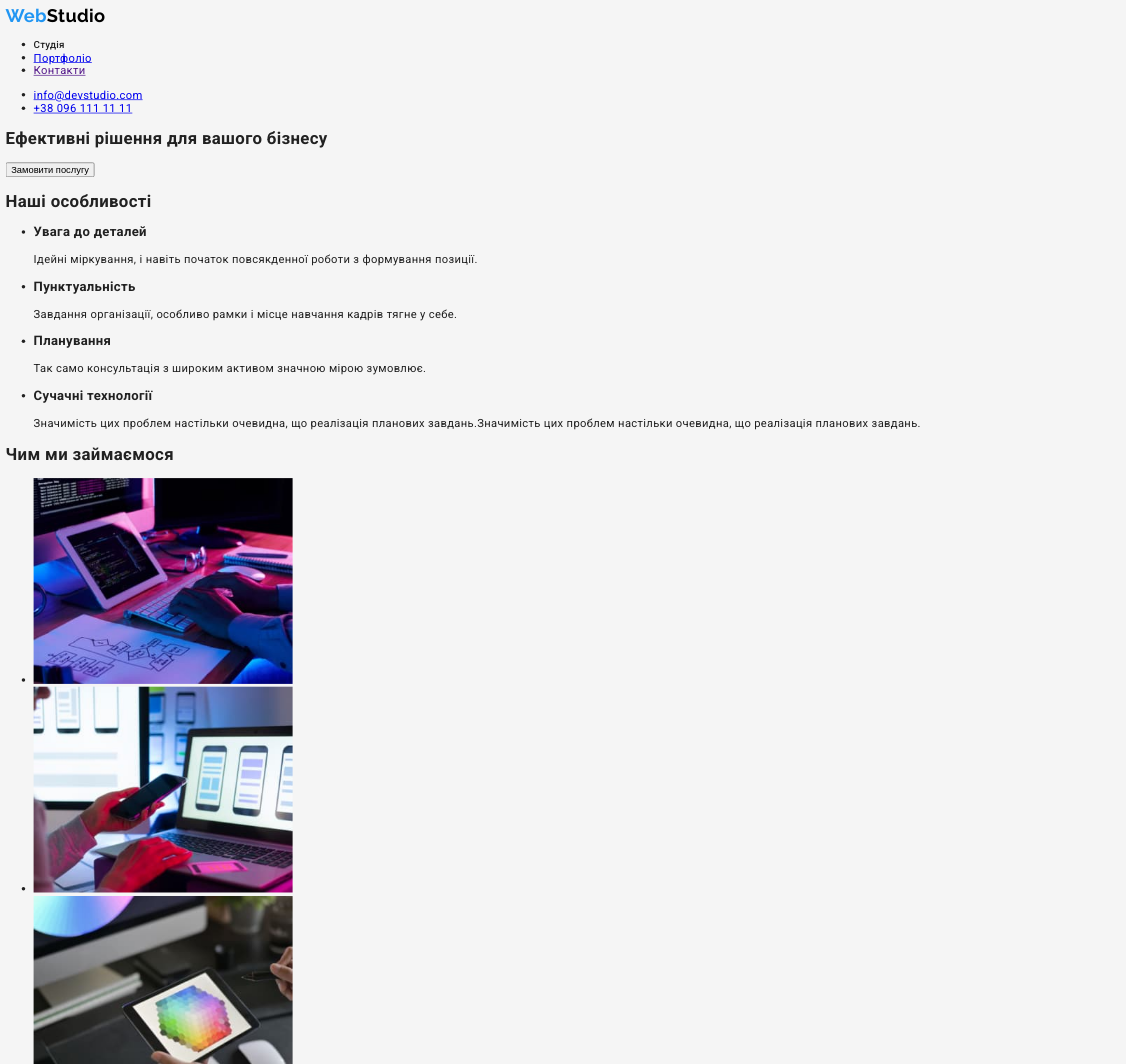
Repository: Mariia2811/goit-markup-hw-03
Page: index.html
These files come from the project's save history. The page is drawn as it stood at one moment and after a run of saves; the edit follows.
The browser window is 1280 px wide. The page is 1608 px wide, so the pictures cover 1608 px, including what lies to the right of the window. The pictures show the part of the page from y = 0 to 1520 px (the page is 3201 px tall before and 3166 px after), at 70% of full size.

Above is the page before, as saved 2022-11-25 15:38:57.

### index.html
<!DOCTYPE html>
<html lang="uk">
  <head>
    <meta charset="UTF-8" />
    <meta http-equiv="X-UA-Compatible" content="IE=edge" />
    <meta name="viewport" content="width=device-width, initial-scale=1.0" />
    <title>Головна</title>
    <link rel="preconnect" href="https://fonts.googleapis.com">
    <link rel="preconnect" href="https://fonts.gstatic.com" crossorigin>
    <link
      href="https://fonts.googleapis.com/css2?family=Raleway:wght@700&family=Roboto:wght@400;500;700;900&display=swap"
      rel="stylesheet">
    <link rel="stylesheet" href="./css/styles.css">
  </head>
  <body>
    <header>
      <nav>
        <a href="./index.html" class="logo link-logo"><span class="logo-accent">Web</span>Studio</a>
        <ul>
          <li><a href="./index.html" class="link nav">Студія</a></li>
          <li><a href="./portfolio.html">Портфоліо</a></li>
          <li><a href="">Контакти</a></li>
        </ul>
      </nav>
      <ul>
        <li><a href="mailto:info@devstudio.com">info@devstudio.com</a></li>
        <li><a href="tel:+380961111111">+38 096 111 11 11</a></li>
      </ul>
    </header>
    <main>
      <section>
        <h1>Ефективні рішення для вашого бізнесу</h1>
        <button type="button">Замовити послугу</button>
      </section>
      <section>
        <h2>Наші особливості</h2>
        <ul>
          <li>
            <h3>Увага до деталей</h3>
            <p>
              Ідейні міркування, і навіть початок повсякденної роботи з
              формування позиції.
            </p>
          </li>
          <li>
            <h3>Пунктуальність</h3>
            <p>
              Завдання організації, особливо рамки і місце навчання кадрів тягне
              у себе.
            </p>
          </li>
          <li>
            <h3>Планування</h3>
            <p>
              Так само консультація з широким активом значною мірою зумовлює.
            </p>
          </li>
          <li>
            <h3>Сучачні технології</h3>
            <p>
              Значимість цих проблем настільки очевидна, що реалізація планових
              завдань.Значимість цих проблем настільки очевидна, що реалізація
              планових завдань.
            </p>
          </li>
        </ul>
      </section>
      <section>
        <h2>Чим ми займаємося</h2>
        <ul>
          <li>
            <img
              src="./images/coding.jpg"
              alt="Процес набирання коду"
              width="370"
              />
          </li>
          <li>
            <img
              src="./images/optimization.jpg"
              alt="Дівчина тримає телефон в руках і працює за ноутбуком"
              width="370"
              />
          </li>
          <li>
            <img
              src=".//images/tablet.jpg"
              alt="На екрані планшету, який тримають в руці, зображений спектр
              кольорів"
              width="370"
              />
          </li>
        </ul>
      </section>
      <section>
        <h2>Наша команда</h2>
        <ul>
          <li>
            <img
              src="./images/designer.jpg"
              alt="Усміхнений хлопець в окулярах"
              width="270"
              />
            <h3>Ігор Дем'яненко</h3>
            <p>Product Designer</p>
          </li>
          <li>
            <img
              src="./images/developer.jpg"
              alt="Усміхнена дівчина в окулярах"
              width="270"
              />
            <h3>Ольга Рєпіна</h3>
            <p>Frontend Developer</p>
          </li>
          <li>
            <img
              src="./images/marketing.jpg"
              alt="Усміхнений хлопець"
              width="270"
              />
            <h3>Микола Тарасов</h3>
            <p>Marketing</p>
          </li>
          <li>
            <img
              src="./images/uidesigner.jpg"
              alt="Усміхнений хлопець з бородою в окулярах"
              width="270"
              />
            <h3>Михайло Єрмаков</h3>
            <p>UI Designer</p>
          </li>
        </ul>
      </section>
    </main>
    <footer>
      <a href="./index.html" class="logo-footer link-logo"><span
          class="logo-accent">Web</span>Studio</a>
      <address>
        <ul>
          <li>
            <a
              href="https://www.google.com.ua/maps/place/%D0%B1%D1%83%D0%BB.+%D0%9B%D0%B5%D1%81%D0%B8+%D0%A3%D0%BA%D1%80%D0%B0%D0%B8%D0%BD%D0%BA%D0%B8,+26,+%D0%9A%D0%B8%D0%B5%D0%B2,+02000/@50.4265807,30.5361918,17z/data=!3m1!4b1!4m5!3m4!1s0x40d4cf0e033ecbe9:0x57a4dffefec77da0!8m2!3d50.4265807!4d30.5383858?hl=ru"
              target="_blank"
              rel="noopener noreferrer nofollow">м. Київ, пр-т Лесі Українки, 26</a>
          </li>
          <li><a href="mailto:info@devstudio.com">info@devstudio.com</a></li>
          <li><a href="tel:+380961111111">+38 096 111 11 11</a></li>
        </ul>
      </address>
    </footer>
  </body>
</html>

### css/styles.css
:root {
    --color-primary: #212121;
    --color-secondary: #757575;
    --color-accent: #2196F3;
    --color-background: #F5F5F5;
    --white-accent: #FFFFFF;
    --secondary-background: #2F303A;
}

body {
    color: var(--color-primary);
    font-family: 'Roboto', sans-serif;
    font-size: 16px;
    font-weight: 600px;
    background-color: var(--color-background);
    line-height: 1.17;
    letter-spacing: 0.03em;
    width: 1600px;
}

.logo,
.logo-accent,
.logo-footer {
    font-family: 'Raleway', sans-serif;
    font-size: 26px;
    font-weight: 700;
    line-height: 1.19;
}

.logo {
    color: #000;
}

.logo-accent {
    color: var(--color-accent);
}

.logo-footer {
    color: var(--white-accent);
}

.link {
    text-decoration: none;
    font-style: normal;
}

.link-logo {
    text-decoration: none;
}

.nav,
.contact {
    font-size: 14px;
    font-weight: 500;
    line-height: 1.14;
    letter-spacing: 0.02em;
}

.nav {
    color: var(--color-primary);
}

.contact {
    color: var(--color-secondary);
}

.link:hover,
.link:focus {
    color: var(--color-accent);
}

.hero {
    background-color: var(--secondary-background);
    width: 1600px;
    height: 600px;
}

.hero-title {
    color: var(--white-accent);
    font-size: 44px;
    line-height: 1.36;
    width: 696px;
    height: 120px;
    text-align: center;
    font-weight: 900;
    text-transform: uppercase;
    letter-spacing: 0.06em;
}

.hero-button {
    background-color: var(--color-accent);
    font-size: inherit;
    font-family: inherit;
    font-weight: 700;
    line-height: 1.88;
    letter-spacing: 0.06em;
    width: 216px;
    height: 50px;
    color: var(--white-accent);
    box-shadow: 0px 4px 4px rgba(0, 0, 0, 0.15);
    border-radius: 4px;
    border: none;
    cursor: pointer;
}

.filter {
    background-color: #f5f4fa;
    color: var(--color-primary);
    font-size: inherit;
    font-family: inherit;
    font-weight: 500;
    line-height: 1.62;
    letter-spacing: inherit;
    border-radius: 4px;
    border: none;
    cursor: pointer;
}

.filter:hover,
.filter:focus {
    background-color: var(--color-accent);
    color: var(--white-accent);
    box-shadow: 0px 3px 1px rgba(0, 0, 0, 0.1), 0px 1px 2px rgba(0, 0, 0, 0.08),
        0px 2px 2px rgba(0, 0, 0, 0.12);
}

.hero-button:hover,
.hero-button:focus {
    background-color: #188ce8;
}

.advantages,
.work {
    background-color: var(--color-background);
}

.advantages-title {
    font-size: 14px;
    font-weight: 700;
    text-transform: uppercase;
}

.list {
    list-style-type: none;
}

.description {
    color: var(--color-secondary);
    font-size: 14px;
    font-weight: 400;
    line-height: 1.71;
    width: 270px;
}

.title {
    font-size: 36px;
    font-weight: 700;
    text-align: center;
}

.team {
    background-color: #f5f4fa;
}

.team-title {
    font-weight: 500;
    font-size: 16px;
}

.text {
    color: var(--color-secondary);
    font-weight: 400;
}

.work-title~.text {
    line-height: 1.88;
}

.work-title {
    font-size: 18px;
    font-weight: 700;
    line-height: 2;
    letter-spacing: 0.06em;
}

.footer {
    background-color: var(--secondary-background);
    height: 252px;
}

.address,
.contact-footer {
    font-size: 14px;
    font-weight: 400;
}

.address {
    color: var(--white-accent);
}

.contact-footer {
    color: rgba(255, 255, 255, 0.6);
}

.footer .link {
    line-height: 1.71;
}

After the next 2 saves:
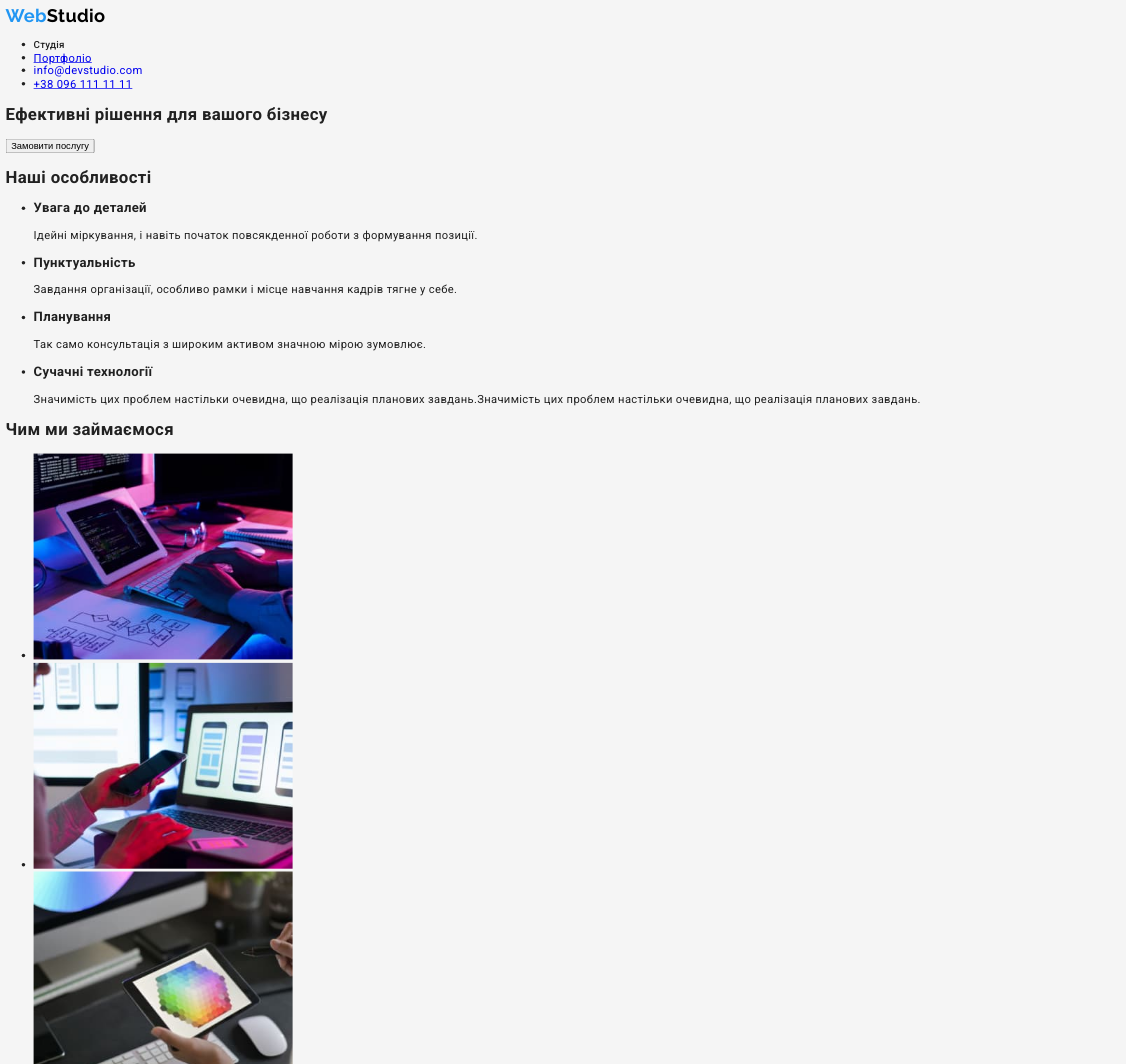
The 2 saves are shown as one change because they came seconds apart.
The last was saved 3 min 4 s later.
--- a/index.html
+++ b/index.html
@@ -19,7 +19,7 @@
         <ul>
           <li><a href="./index.html" class="link nav">Студія</a></li>
           <li><a href="./portfolio.html">Портфоліо</a></li>
-          <li><a href="">Контакти</a></li>
+          <li><a href="#" class="link nav>Контакти</a></li>
         </ul>
       </nav>
       <ul>

After the 4 saves that followed:
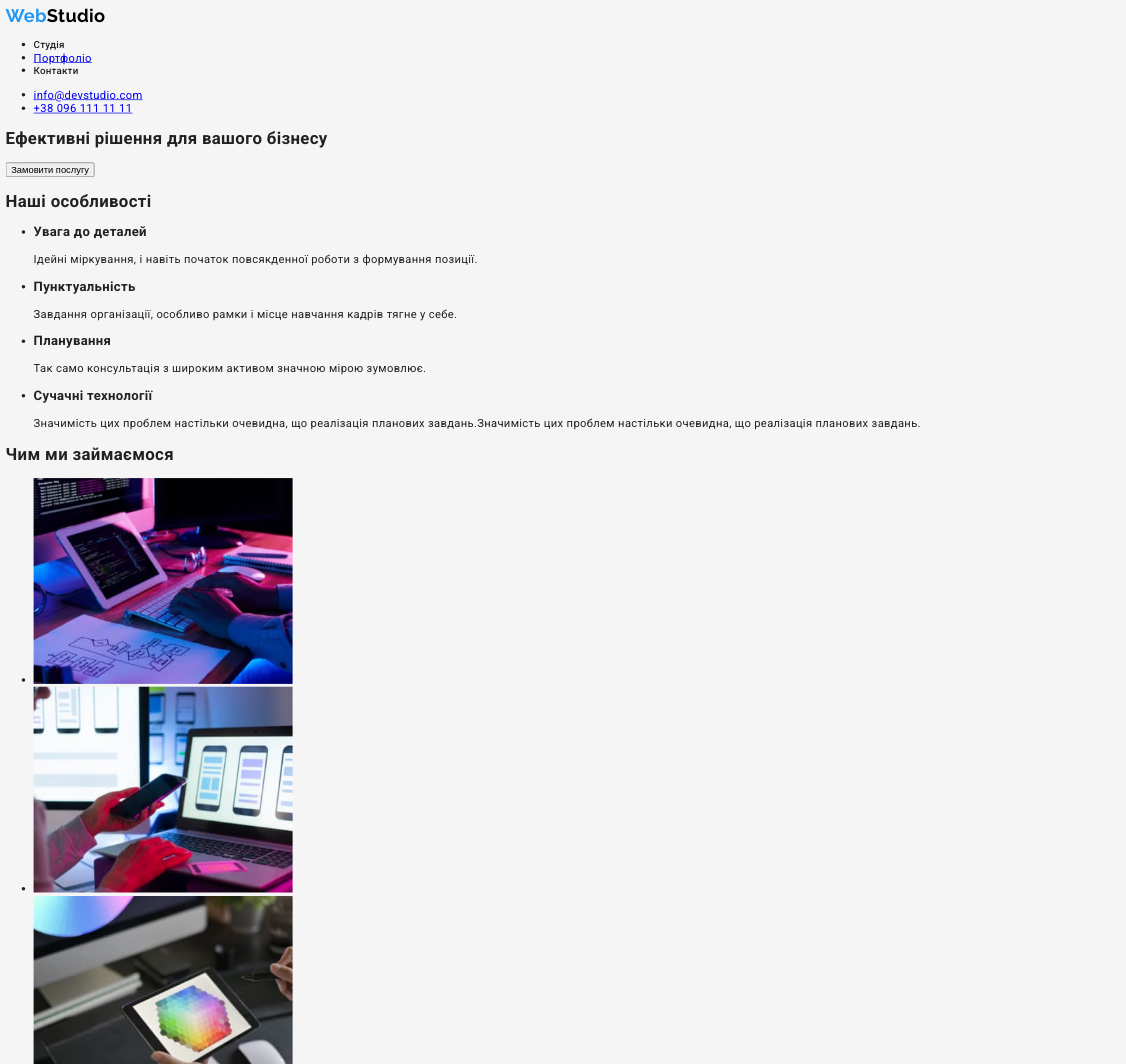
The 4 saves are shown as one change because they came seconds apart.
The last was saved 14 s later.
--- a/index.html
+++ b/index.html
@@ -19,7 +19,7 @@
         <ul>
           <li><a href="./index.html" class="link nav">Студія</a></li>
           <li><a href="./portfolio.html">Портфоліо</a></li>
-          <li><a href="#" class="link nav>Контакти</a></li>
+          <li><a href="#" class="link nav">Контакти</a></li>
         </ul>
       </nav>
       <ul>
